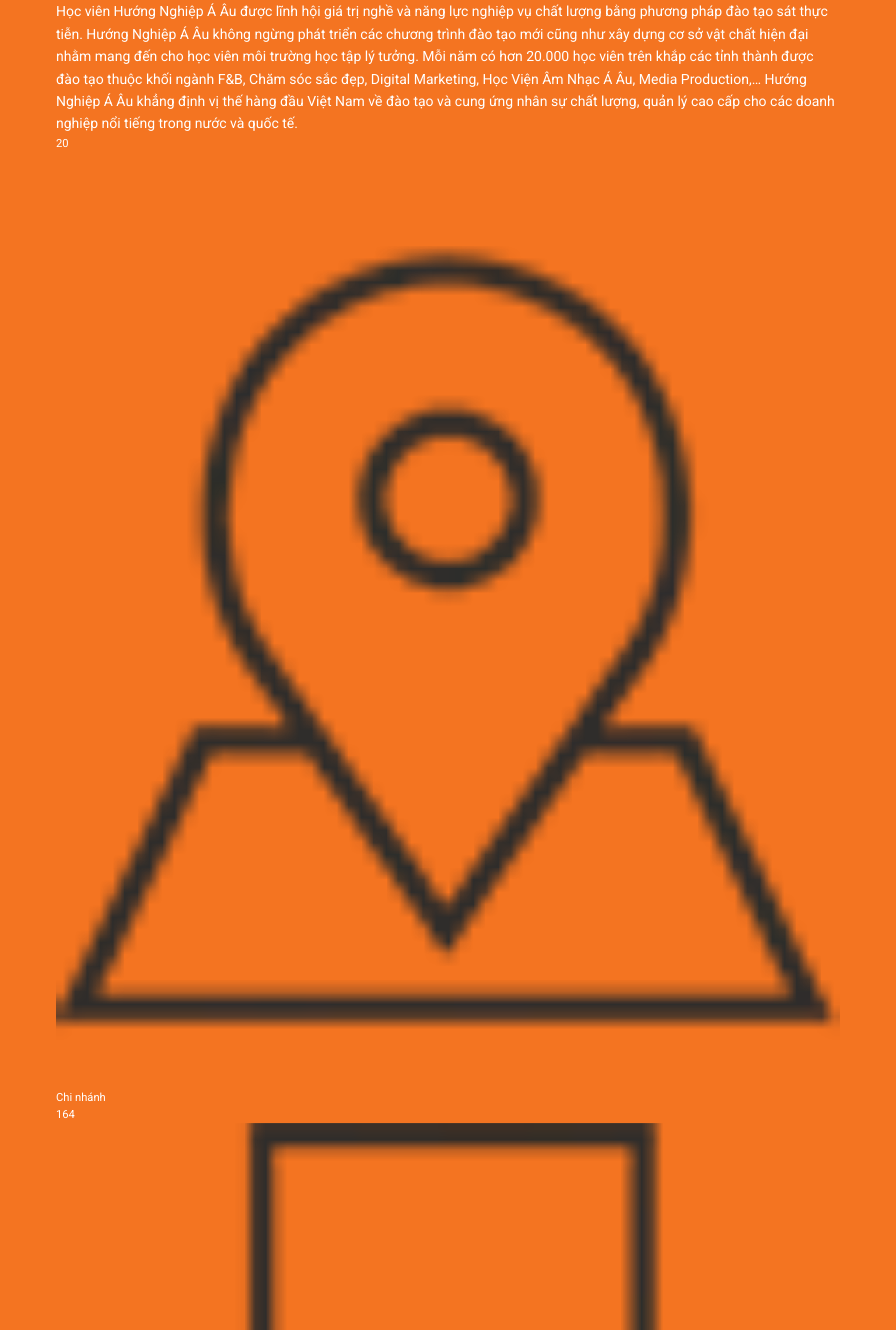
Repository: nhatkool5899/huong-nghiep
Page: index.html
These files come from the project's save history. The page is drawn as it stood at one moment and after the next save; the edit follows.
The browser window is 1280 px wide. The pictures show the part of the page from y = 1209 to 3109 px (the page is 8010 px tall before and 7998 px after), at 70% of full size.
A picture or video elsewhere on the page could not be fetched, so the positions and the page height are approximate.

Above is the page before, as saved 2024-09-25 08:28:31.

After the next save:
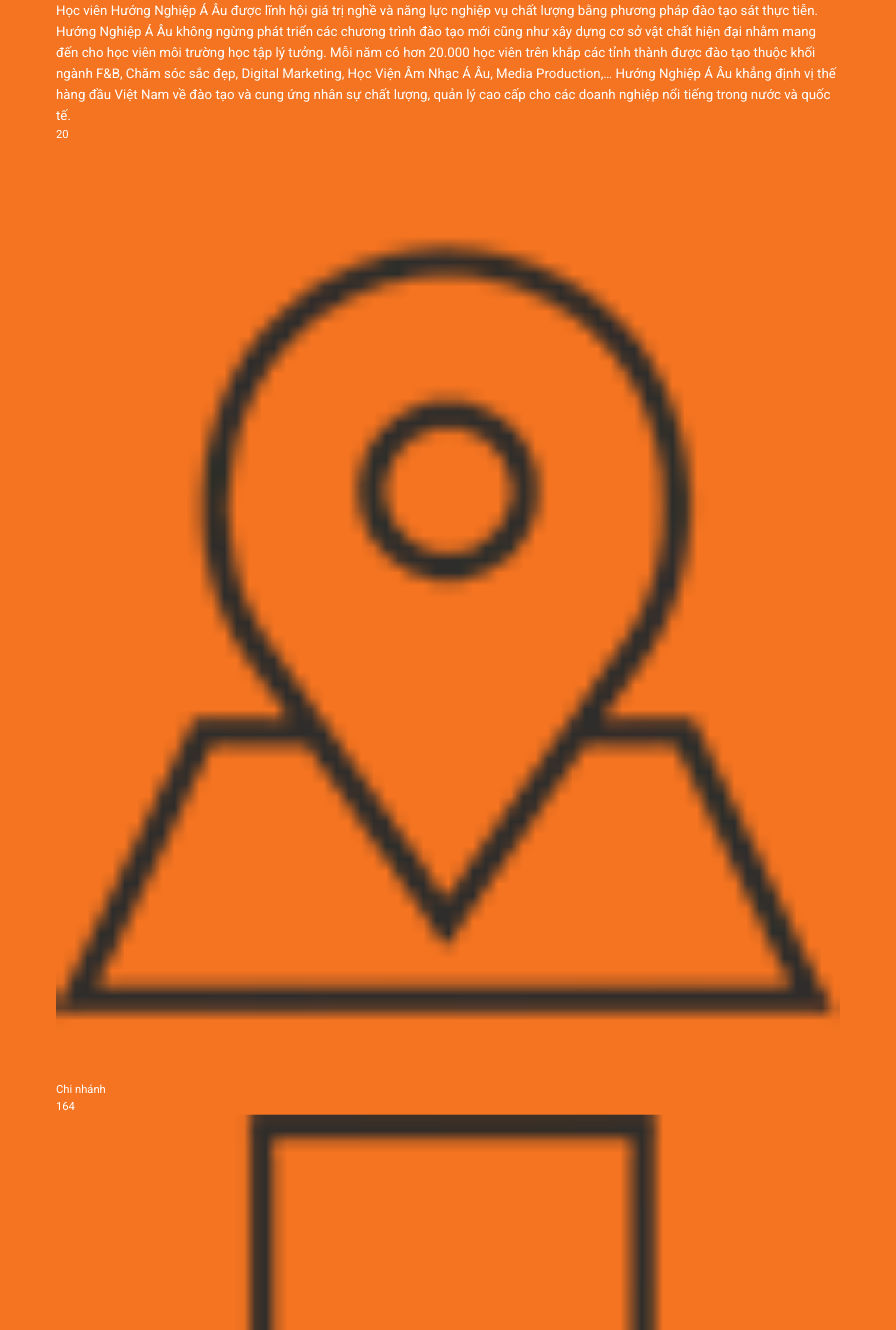
Saved 60 s later.
--- a/assets/css/main.css
+++ b/assets/css/main.css
@@ -142,6 +142,6 @@
 /* Main */
 
 .box-context{
-    font-size: 20px;
-    line-height: 1.6;
+    font-size: 19px;
+    line-height: 30px;
 }
